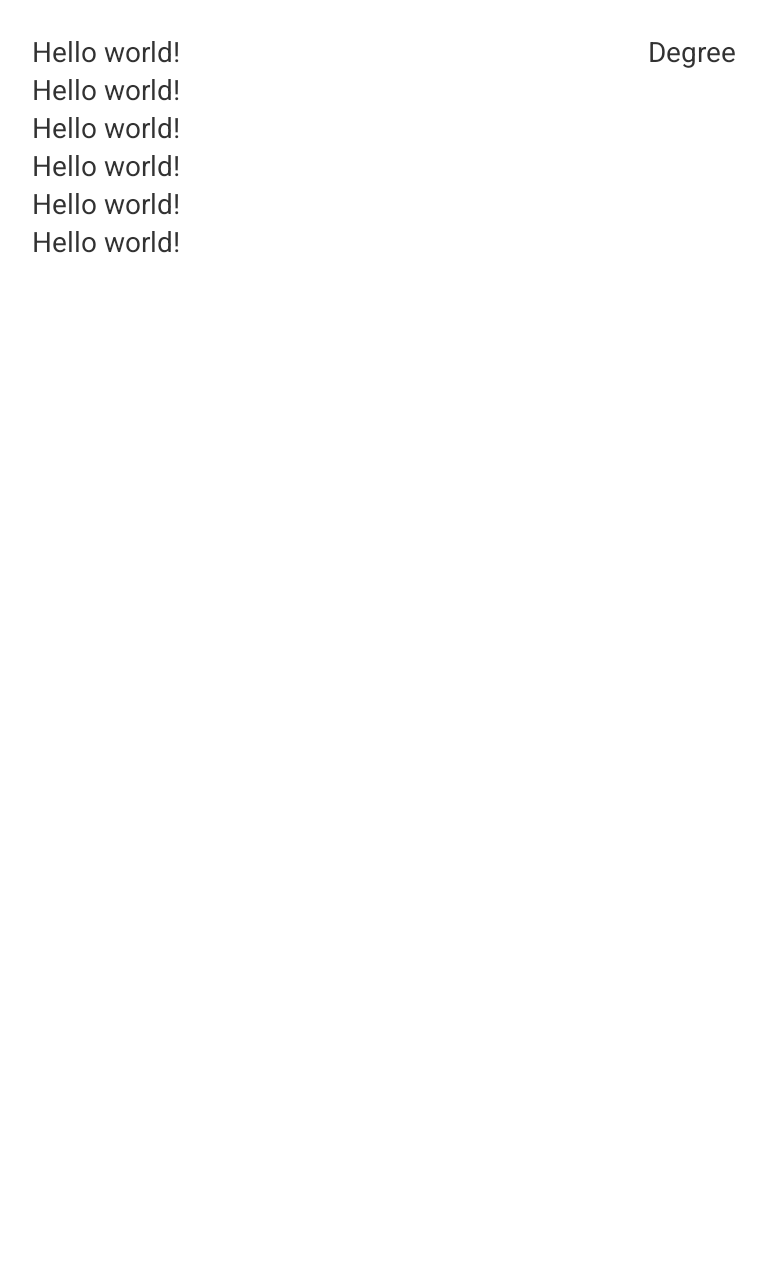
Repository: alokranjan04/ewireless5_practical
Layout: compass/res/layout/activity_main.xml
An editor plug-in stored every save of this project. The layout is shown before and after the next save, followed by the edit.
It is drawn on a 768 x 1280 px phone screen (xhdpi) without system bars, with theme AppTheme; the app's code is not run.

Above is the layout before, as saved 2014-02-26 12:42:18.

After the next save:
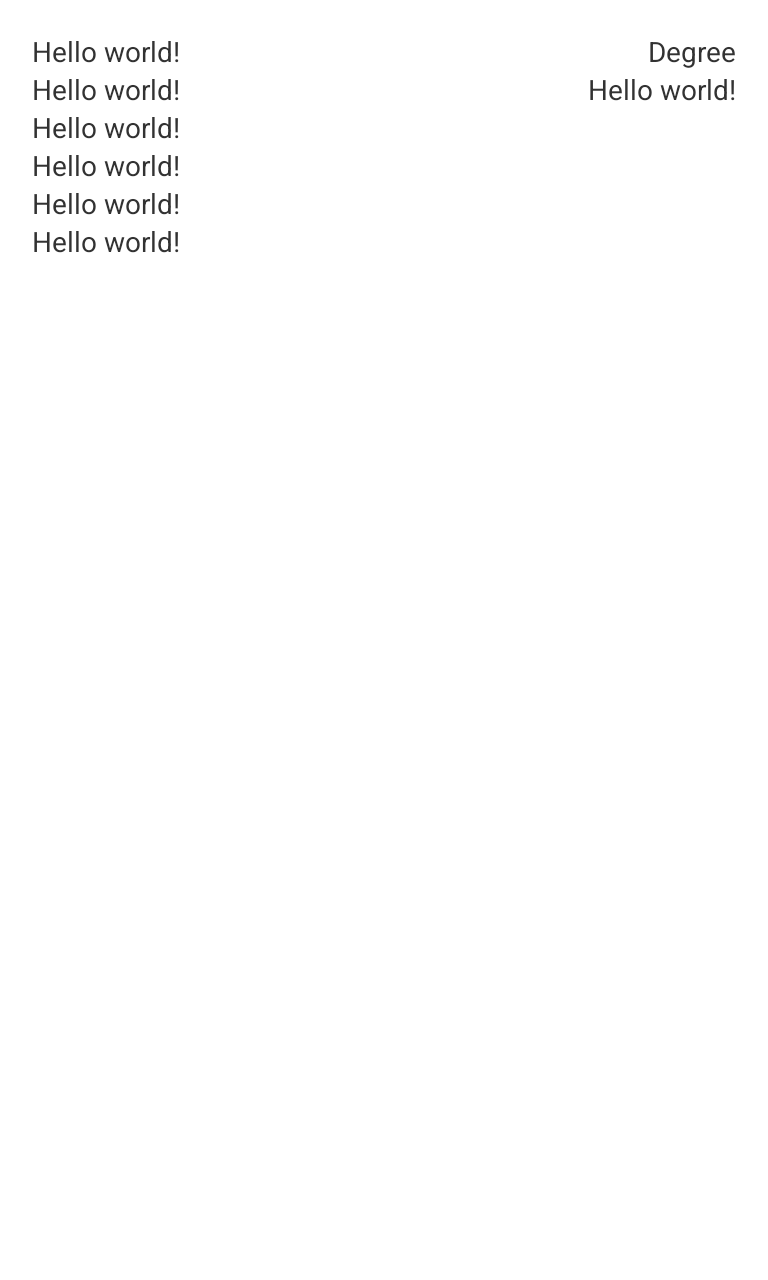
Saved 48 s later.
--- a/compass/res/layout/activity_main.xml
+++ b/compass/res/layout/activity_main.xml
@@ -106,4 +106,12 @@
         android:layout_alignParentLeft="true"
         android:textSize="15pt" />
 
+    <TextView
+        android:id="@+id/tv"
+        android:layout_width="wrap_content"
+        android:layout_height="wrap_content"
+        android:layout_alignParentRight="true"
+        android:layout_below="@+id/degree"
+        android:text="@string/hello_world" />
+
 </RelativeLayout>
